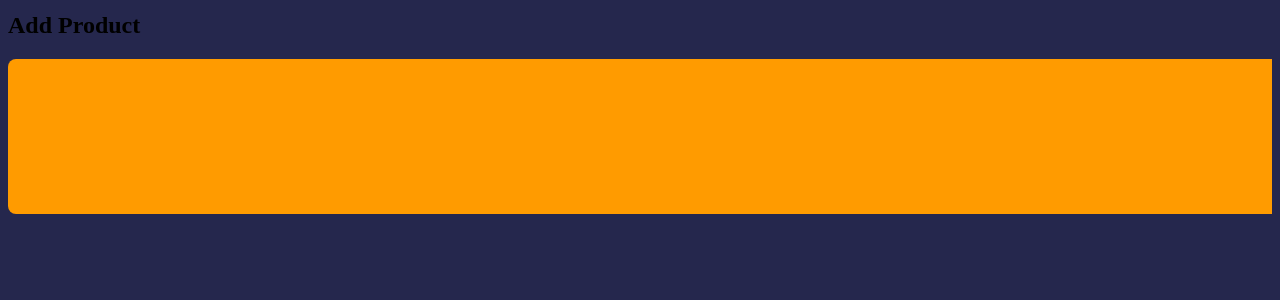
Repository: Abdaljawad-Aya/Laravel
Page: http://localhost/products/create
The author's editor kept a copy of each file at every save. The page is drawn from the files as they stood at one save, then again after the next save.
The browser window is 1280 px wide. The pictures show the whole page.
The page is served by the project's Laravel application, run on PHP 8.4 with Laravel 8.

Above is the page before, as saved 2021-02-22 20:28:34.

After the next save:
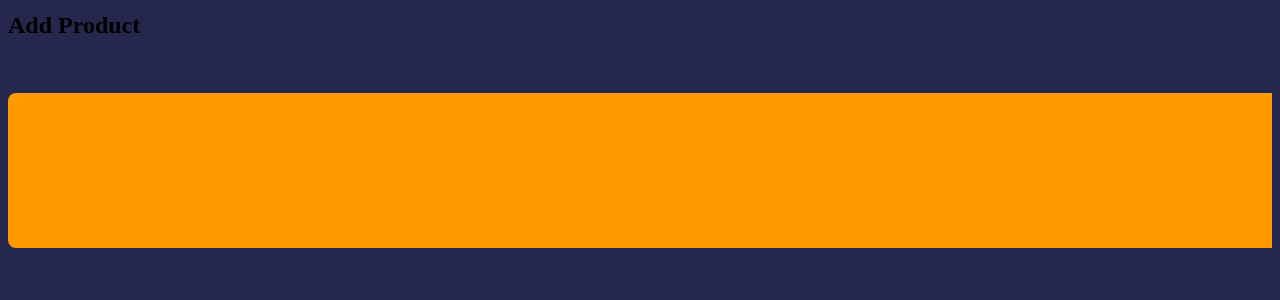
Saved 51 s later.
--- a/adminTheme/resources/views/product/create.blade.php
+++ b/adminTheme/resources/views/product/create.blade.php
@@ -1,3 +1,6 @@
 @extends('product/layout')
 @section('content')
 <h2 style="margin-top:12px;" class="text-center"> Add Product</h2>
+<br>
+<form action="{{ route('products.store') }} method
+post"></form>
